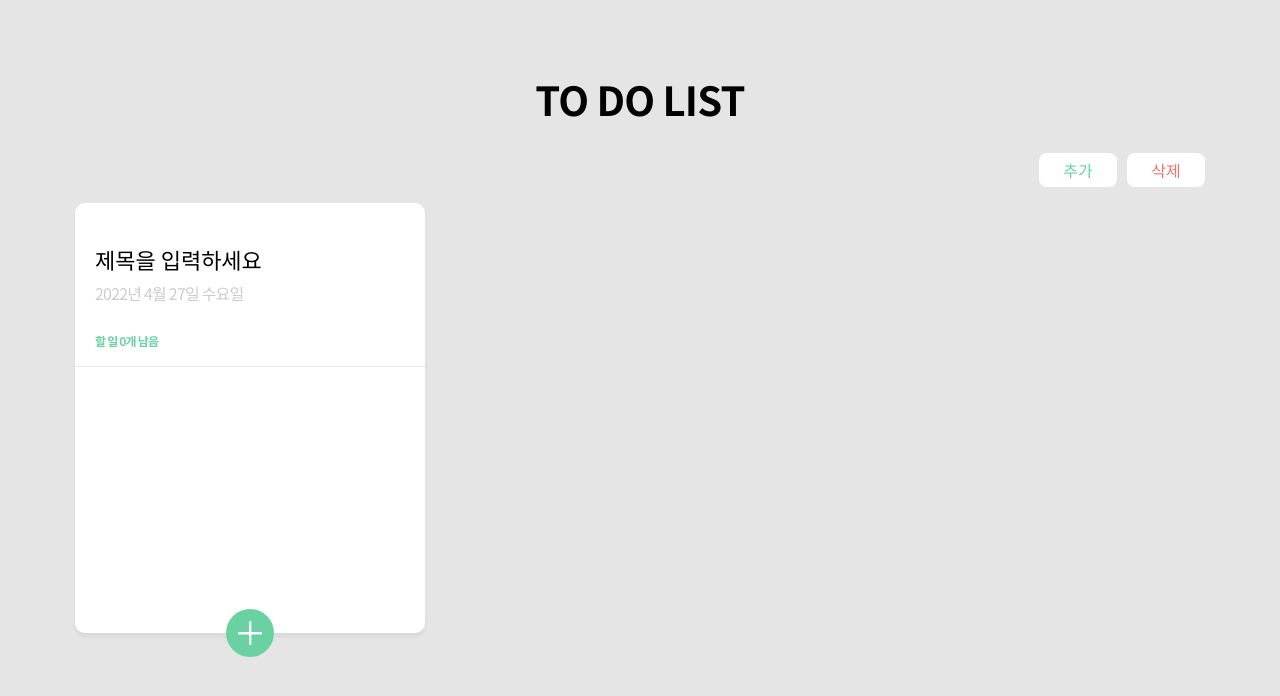
Repository: KIMSEOUNYOUNG/toDoList
Page: skin/main.html
These files come from the project's save history. The page is drawn as it stood at one moment and after the next save; the edit follows.
The browser window is 1280 px wide. The pictures show the whole page.
After loading, the first visible `button.btn` was clicked once.

Above is the page before, as saved 2022-05-02 14:04:20.

After the next save:
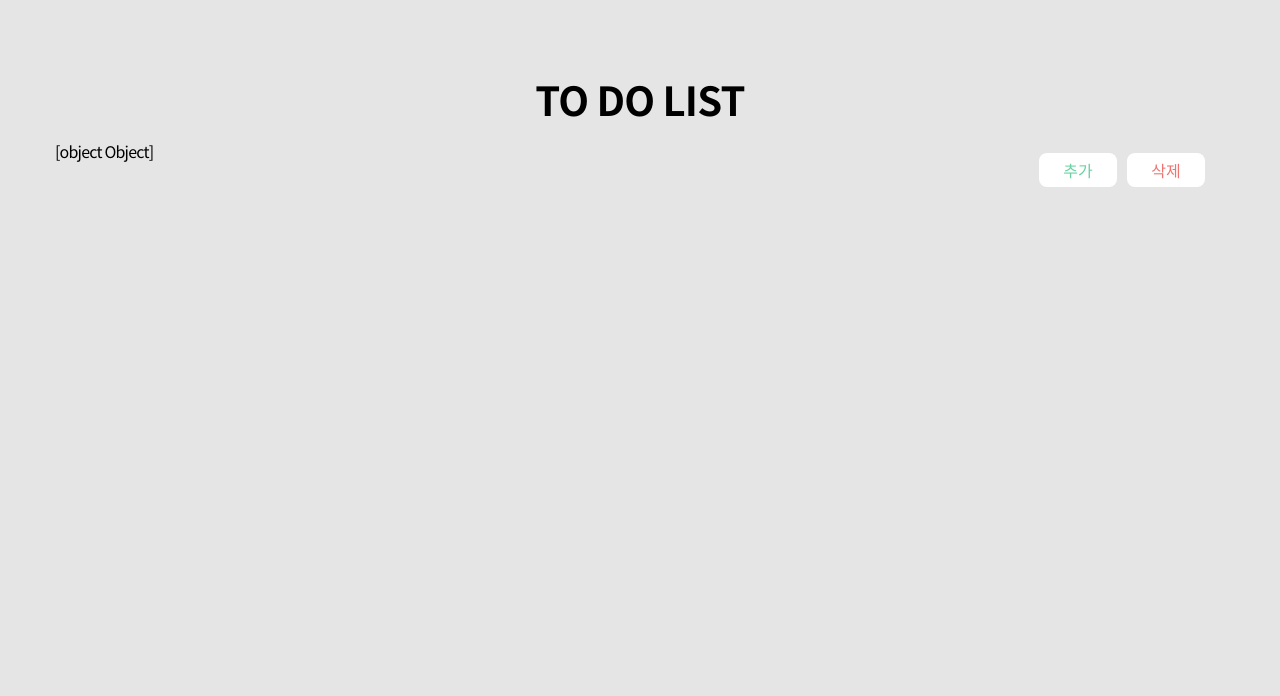
Saved 27 s later.
--- a/skin/main.html
+++ b/skin/main.html
@@ -123,7 +123,7 @@
         newCol.classList.add('col_8');
         newCol.innerHTML = newBox;
 
-        boxWrap.prepend(newCol);
+        boxWrap.prepend(TDLArr);
     }
 
     // 입력 박스 이벤트

After the save that followed:
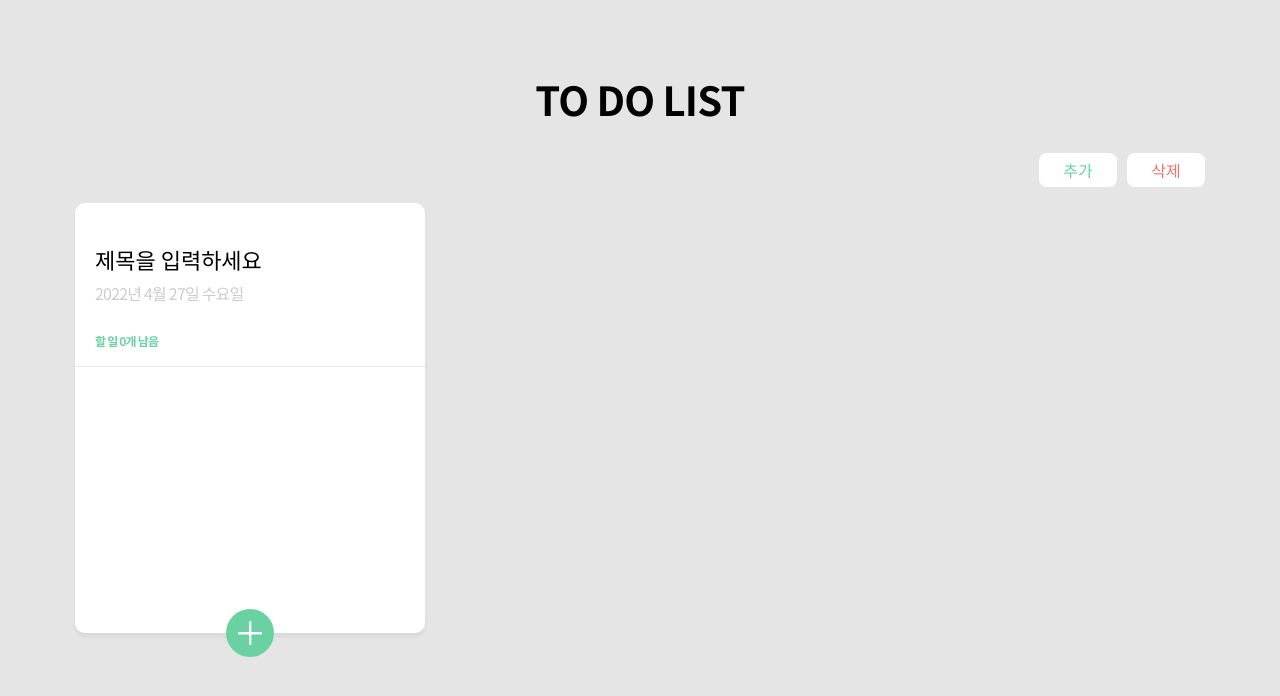
Saved 12 s later.
--- a/skin/main.html
+++ b/skin/main.html
@@ -88,7 +88,7 @@
             remain: remDoList
         }
 
-        TDLArr.push(TDLobj);
+        TDLArr.push(TDLobj)
 
 
         var newBox = `<label class="del_chk">
@@ -123,7 +123,7 @@
         newCol.classList.add('col_8');
         newCol.innerHTML = newBox;
 
-        boxWrap.prepend(TDLArr);
+        boxWrap.prepend(newCol);
     }
 
     // 입력 박스 이벤트
